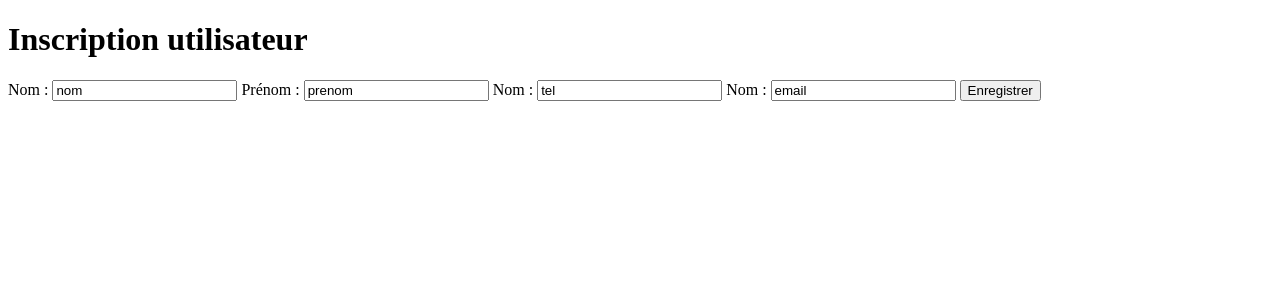
Repository: arione15/Ud-Mast_PHP_POO_espace_membre
Page: http://localhost/inscription.php
An editor plug-in stored every save of this project. The page is shown before and after a run of saves, followed by the edit.
The browser window is 1280 px wide. The pictures show the whole page.
The page is run by PHP 8.4 with error messages shown; the project is at /var/www/html/.

Above is the page before, as saved 2021-07-30 21:14:46.

### inscription.php
<?php
require_once 'inclureClasses.php';

$pdo = new PDO('mysql: host=localhost; dbname=espace_membres', 'root', '');
$pdo->setAttribute(PDO::ATTR_ERRMODE, PDO::ERRMODE_EXCEPTION); // ou après 'root', '', [PDO::ATTR_ERRMODE => PDO::ERRMODE_EXCEPTION, PDO::ATTR_DEFAULT_FETCH_MODE => PDO::FETCH_ASSOC])
$manager = new UtilisateursManager($pdo);
if (isset($_POST['nom'])) {
    $utilisateur = new Utilisateurs([
        'nom' => $_POST['nom'],
        'prenom' => $_POST['prenom'],
        'tel' => $_POST['tel'],
        'email' => $_POST['email']
    ]);
    if ($utilisateur->isUserValid()) {
        $manager->inserer($utilisateur);
        echo 'Utilisateur enregistré';
    } else {
        $erreurs = $utilisateurs->getErreurs();
    }
}
?>


<!DOCTYPE html>
<html lang="en">

<head>
    <meta charset="UTF-8">
    <meta http-equiv="X-UA-Compatible" content="IE=edge">
    <meta name="viewport" content="width=device-width, initial-scale=1.0">
    <title>Inscription</title>
</head>

<body>

    <h1>Inscription utilisateur</h1>

    <form action="#" method="post">


        <label for="nom">Nom : </label>
        <input type="text" id="nom" name="nom" value="nom">

        <label for="prenom">Prénom : </label>
        <input type="text" id="prenom" name="prenom" value="prenom">

        <label for="tel">Nom : </label>
        <input type="tel" id="tel" name="tel" value="tel">

        <label for="mail">Nom : </label>
        <input type="email" id="email" name="email" value="email">

        <input type="submit" value="Enregistrer" name="enregistrer">
    </form>

</body>

</html>

### inclureClasses.php
<?php

function inclureClasses($ClassName){
    if(file_exists($fichier = __DIR__ . '/' . $ClassName . '.php')){
        require $fichier;
    }
}
spl_autoload_register('inclureClasses');

### UtilisateursManager.php
<?php
require_once 'inclureClasses.php';

class UtilisateursManager{
private $pdo;

public function __construct(PDO $pdo){
    $this -> pdo = $pdo;
}

public function inserer(Utilisateurs $utilisateur){
    $query = $this -> pdo -> prepare('INSERT INTO utilisateurs(nom, prenom, tel, email) VALUES(:nom, :prenom, :tel, :email)');
    $query -> bindValue(':nom', $utilisateur->getNom(), PDO::PARAM_STR); //$_POST['nom'] ??
    $query -> bindValue(':prenom', $utilisateur->getPrenom(), PDO::PARAM_STR);
    $query -> bindValue(':tel', $utilisateur->getTel(), PDO::PARAM_STR);
    $query -> bindValue(':email', $utilisateur->getEmail(), PDO::PARAM_STR);
    $query -> execute();
}

}

After the next 5 saves:
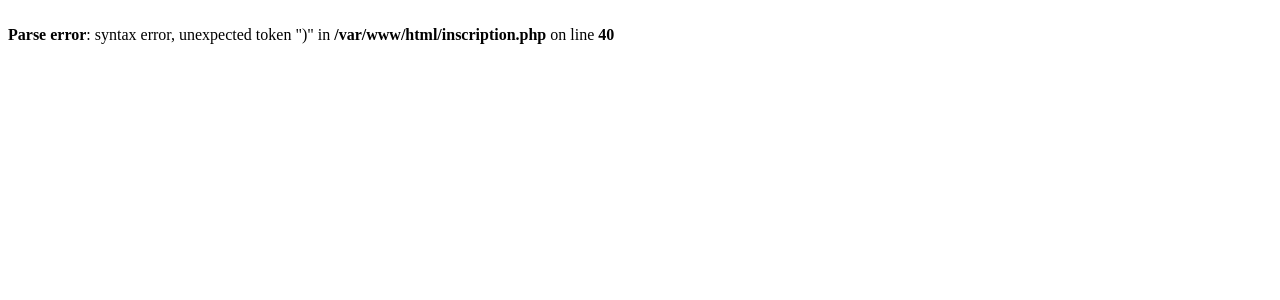
The 5 saves are shown as one change because they came seconds apart.
The last was saved 16 s later.
--- a/inscription.php
+++ b/inscription.php
@@ -37,7 +37,7 @@ if (isset($_POST['nom'])) {
 
     <form action="#" method="post">
 
-
+    <?php if(isset())
         <label for="nom">Nom : </label>
         <input type="text" id="nom" name="nom" value="nom">
 
